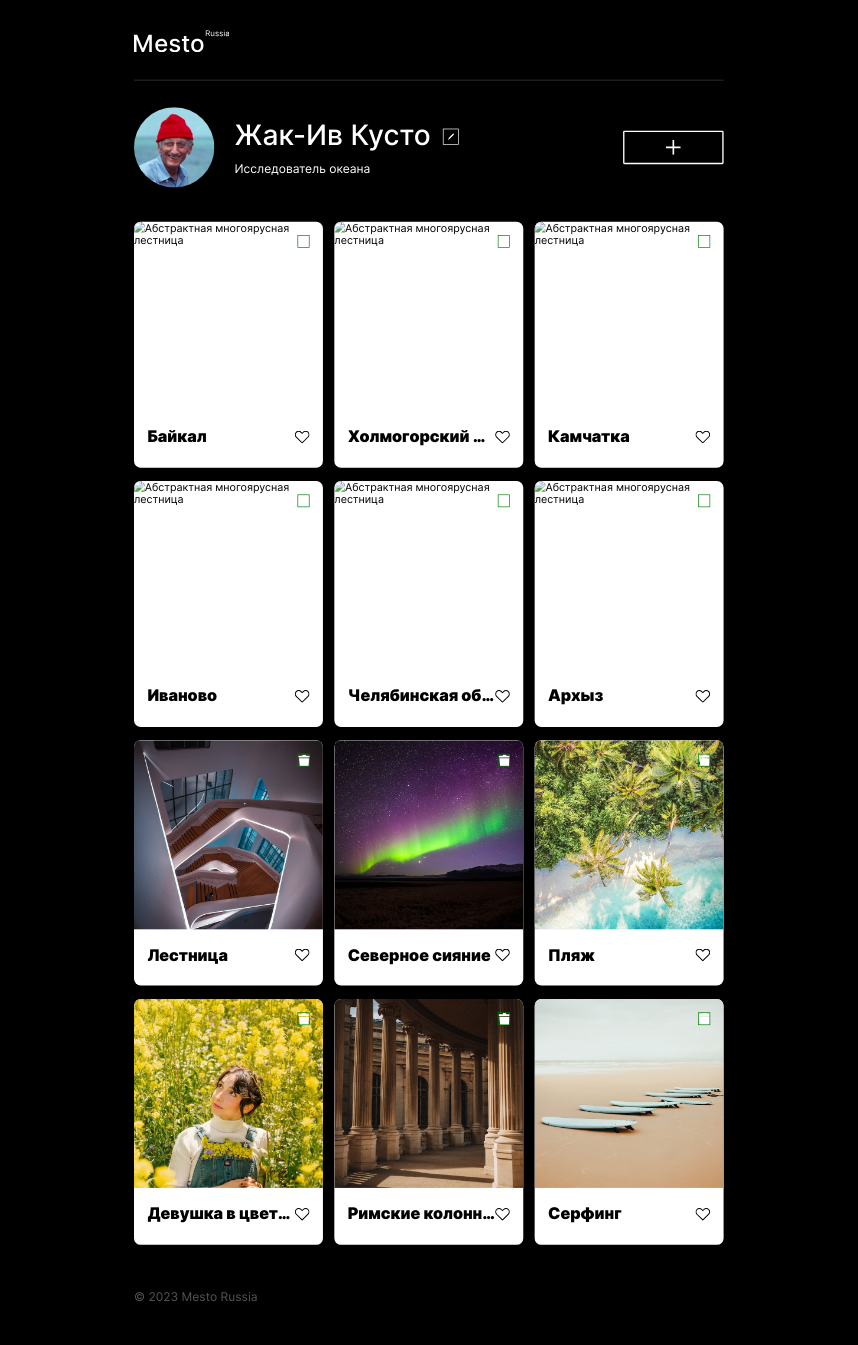
Repository: Dmitry-Rusinov/mesto
Page: index.html
An editor plug-in stored every save of this project. The page is shown before and after the next save, followed by the edit.
The browser window is 1280 px wide. The pictures show the whole page, at 67% of full size.

Above is the page before, as saved 2023-05-12 15:28:50.

### index.html
<!DOCTYPE html>
<html lang="ru">
  <head>
    <meta charset="UTF-8" />
    <meta name="viewport" content="width=device-width, initial-scale=1.0" />
    <link rel="stylesheet" href="./pages/index.css" />
    <title>Третий проект Яндекс.Практикум "Место"</title>
  </head>
  <body class="page">
    <div class="content">
      <header class="header">
        <img
          src="./images/logo.svg"
          alt="Логотип проекта Место.Россия"
          class="header__logo"
        />
      </header>
      <main>
        <section class="profile">
          <img
            src="./images/image.jpg"
            alt="Фотография пользователя"
            class="profile__avatar"
          />
          <div class="profile__info">
            <h1 class="profile__info-title">Жак-Ив Кусто</h1>
            <button
              type="button"
              title="Кнопка редактирования профиля"
              class="profile__edit-button"
            ></button>
            <p class="profile__subtitle">Исследователь океана</p>
          </div>
          <button
            type="button"
            title="Кнопка добавления фото-карточки"
            class="profile__add-button"
          ></button>
        </section>
        <section class="elements">
          <ul class="elements__card">
            <template id="elements__card-content">
              <img
                alt="Абстрактная многоярусная лестница"
                class="elements__picture"
              />
              <button type="button" title="Кнопка удаления карточки" class="elements__button-delete"></button>
              <div class="elements__description">
                <div class="elements__container">
                  <h2 class="elements__title"></h2>
                  <button
                    type="button"
                    title="Кнопка лайка картинки"
                    class="elements__button-like"
                  ></button>
                </div>
              </div>
            </template>
            <li class="elements__card-content">
              <img
                src="./images/andrea-de-santis-Hu1ixxtInvs-unsplash.jpg"
                alt="Абстрактная многоярусная лестница"
                class="elements__picture"
              />
              <button type="button" title="Кнопка удаления карточки" class="elements__button-delete"></button>
              <div class="elements__description">
                <div class="elements__container">
                  <h2 class="elements__title">Лестница</h2>
                  <button
                    type="button"
                    title="Кнопка лайка картинки"
                    class="elements__button-like"
                  ></button>
                </div>
              </div>
            </li>
            <li class="elements__card-content">
              <img
                src="./images/david-becker-pEqvRg-o-PY-unsplash.jpg"
                alt="Северное сияние"
                class="elements__picture"
              />
              <button type="button" title="Кнопка удаления карточки" class="elements__button-delete"></button>
              <div class="elements__description">
                <div class="elements__container">
                  <h2 class="elements__title">Северное сияние</h2>
                  <button
                    type="button"
                    title="Кнопка лайка картинки"
                    class="elements__button-like"
                  ></button>
                </div>
              </div>
            </li>
            <li class="elements__card-content">
              <img
                src="./images/hamdhulla-shakeeb-S98UHzzXq_E-unsplash.jpg"
                alt="Пляж с пальмами и голубой водой"
                class="elements__picture"
              />
              <button type="button" title="Кнопка удаления карточки" class="elements__button-delete"></button>
              <div class="elements__description">
                <div class="elements__container">
                  <h2 class="elements__title">Пляж</h2>
                  <button
                    type="button"
                    title="Кнопка лайка картинки"
                    class="elements__button-like"
                  ></button>
                </div>
              </div>
            </li>
            <li class="elements__card-content">
              <img
                src="./images/josh-hild-znpfVkfxRgk-unsplash.jpg"
                alt="Девушка с удивленным взглядом в поле цветов"
                class="elements__picture"
              />
              <button type="button" title="Кнопка удаления карточки" class="elements__button-delete"></button>
              <div class="elements__description">
                <div class="elements__container">
                  <h2 class="elements__title">Девушка в цветах</h2>
                  <button
                    type="button"
                    title="Кнопка лайка картинки"
                    class="elements__button-like"
                  ></button>
                </div>
              </div>
            </li>
            <li class="elements__card-content">
              <img
                src="./images/mat-5DDrT2ioNuI-unsplash.jpg"
                alt="Римские колонны"
                class="elements__picture"
              />
              <button type="button" title="Кнопка удаления карточки" class="elements__button-delete"></button>
              <div class="elements__description">
                <div class="elements__container">
                  <h2 class="elements__title">Римские колонны</h2>
                  <button
                    type="button"
                    title="Кнопка лайка картинки"
                    class="elements__button-like"
                  ></button>
                </div>
              </div>
            </li>
            <li class="elements__card-content">
              <img
                src="./images/shana-van-roosbroek-nkS1Y4KsEAw-unsplash.jpg"
                alt="Доски для серфинга на пляже"
                class="elements__picture"
              />
              <button type="button" title="Кнопка удаления карточки" class="elements__button-delete"></button>
              <div class="elements__description">
                <div class="elements__container">
                  <h2 class="elements__title">Серфинг</h2>
                  <button
                    type="button"
                    title="Кнопка лайка картинки"
                    class="elements__button-like"
                  ></button>
                </div>
              </div>
            </li>
          </ul>
        </section>
      </main>
      <footer class="footer">
        <p class="footer__text">© 2023 Mesto Russia</p>
      </footer>
    </div>
    <div class="popup">
      <div class="popup__container">
        <button
          type="button"
          class="popup__closed"
          title="Кнопка закрытия формы"
        ></button>
        <h2 class="popup__title">Редактировать профиль</h2>
        <form name="form" class="popup__form">
          <fieldset class="popup__content">
            <input
              class="popup__input popup__input_user_name"
              type="text"
              id="user-name"
              placeholder="Как вас зовут?"
              minlength="1"
              maxlength="200"
              name="name"
            />
            <input
              class="popup__input popup__input_user_job"
              type="text"
              id="description"
              placeholder="Дополнитерьная информация"
              minlength="1"
              maxlength="400"
              name="job"
            />
          </fieldset>
          <button type="submit" class="popup__submit" value="eddit">
            Сохранить
          </button>
        </form>
      </div>
    </div>
    <script src="./scripts/index.js"></script>
  </body>
</html>

### pages/index.css
@import url(../vendor/normalize.css);
@import url(../vendor/fonts.css);
@import url(../blocks/page/page.css);
@import url(../blocks/content/content.css);

/*header*/
@import url(../blocks/header/header.css);
@import url(../blocks/header/__logo/header__logo.css);

/*profile*/
@import url(../blocks/profile/profile.css);
@import url(../blocks/profile/__add-button/profile__add-button.css);
@import url(../blocks/profile/__avatar/profile__avatar.css);
@import url(../blocks/profile/__edit-button/profile__edit-button.css);
@import url(../blocks/profile/__info/profile__info.css);
@import url(../blocks/profile/__info-title/profile__info-title.css);
@import url(../blocks/profile/__subtitle/profile__subtitle.css);

/*elements*/
@import url(../blocks/elements/elements.css);
@import url(../blocks/elements/__card/elements__card.css);
@import url(../blocks/elements/__button-like/elements__button-like.css);
@import url(../blocks/elements/__card-content/elements__card-content.css);
@import url(../blocks/elements/__container/elements__container.css);
@import url(../blocks/elements/__picture/elements__picture.css);
@import url(../blocks/elements/__title/elements__title.css);
@import url(../blocks/elements/__button-delete/elements__button-delete.css);

/*footer*/
@import url(../blocks/footer/footer.css);
@import url(../blocks/footer/__text/footer__text.css);

/*popup*/
@import url(../blocks/popup/popup.css);
@import url(../blocks/popup/__title/popup__title.css);
@import url(../blocks/popup/__submit/popup__submit.css);
@import url(../blocks/popup/_opened/popup_opened.css);
@import url(../blocks/popup/__input/popup__input.css);
@import url(../blocks/popup/__form/popup__form.css);
@import url(../blocks/popup/__content/popup__content.css);
@import url(../blocks/popup/__container/popup__container.css);
@import url(../blocks/popup/__closed/popup__closed.css);

### vendor/fonts.css
@font-face {
  font-family: 'Inter';
  font-style:  normal;
  font-weight: 400;
  font-display: swap;
  src: url("Inter-Regular.woff2?v=3.19") format("woff2"),
       url("Inter-Regular.woff?v=3.19") format("woff");
}
@font-face {
  font-family: 'Inter';
  font-style:  normal;
  font-weight: 500;
  font-display: swap;
  src: url("Inter-Medium.woff2?v=3.19") format("woff2"),
       url("Inter-Medium.woff?v=3.19") format("woff");
}
@font-face {
  font-family: 'Inter';
  font-style:  normal;
  font-weight: 900;
  font-display: swap;
  src: url("Inter-Black.woff2?v=3.19") format("woff2"),
       url("Inter-Black.woff?v=3.19") format("woff");
}

### blocks/page/page.css
.page {
  font-family: "Inter", Helvetica, Arial, sans-serif;
  background-color: #000000;
  -webkit-text-size-adjust: 100%;
  -ms-text-size-adjust: 100%;
  -moz-text-size-adjust: 100%;
  -webkit-font-smoothing: antialiased;
  -moz-osx-font-smoothing: grayscale;
  text-rendering: optimizeLegibility;
  margin: 0 auto;
  width: 100%;
}

### blocks/content/content.css
.content {
  max-width: calc(1280px - 2 * 200px);
  width: calc(100% - 2 * 200px);
  margin: 45px auto 60px;
  position: relative;
}

@media screen and (max-width: 1279px) {
  .content {
    max-width: calc(1279px - 2 * 15.6%);
    width: calc(100% - 2 * 15.6%);
  }
}

@media screen and (max-width: 768px) {
  .content {
    max-width: calc(768px - 2 * 6%);
    width: calc(100% - 2 * 6%);
    margin: 28px auto 36px;
  }
}

@media screen and (max-width: 320px) {
  .content {
    width: 100%;
  }
}

### blocks/header/header.css
.header {
  display: flex;
  flex-direction: column;
  justify-content: space-between;
  margin: 0;
  border-bottom: 1px solid rgba(84, 84, 84, 0.7);
}

### blocks/header/__logo/header__logo.css
.header__logo {
  object-fit: contain;
  margin-bottom: 41px;
  max-width: 142px;
}

@media screen and (max-width: 320px) {
  .header__logo {
    max-width: 103.74px;
    margin-bottom: 31.6px;
    margin-left: 27px;
  }
}

### blocks/profile/profile.css
.profile {
  display: flex;
  width: 100%;
  margin: 40px auto 0;
  align-items: center;
}
@media screen and (max-width: 980px) {
  .profile {
    flex-direction: column;
  }
}

### blocks/profile/__add-button/profile__add-button.css
.profile__add-button {
  background-image: url(../../../images/addBottonPlus.svg);
  width: 150px;
  height: 50px;
  background-repeat: no-repeat;
  background-position: center;
  background-color: transparent;
  border: 2px solid #ffffff;
  border-radius: 2px;
  box-sizing: border-box;
  cursor: pointer;
  align-self: center;
  margin-left: auto;
  transition: opacity 0.6s;
}

.profile__add-button:hover {
  opacity: 0.6;
}

@media screen and (max-width: 980px) {
  .profile__add-button {
    margin: auto;
    width: 330px;
  }
}

@media screen and (max-width: 425px) {
  .profile__add-button {
    width: 234px;
  }
}

@media screen and (max-width: 320px) {
  .profile__add-button {
    max-width: calc(320px - 2 * 19px);
    width: calc(100% - 2 * 19px);
    background-size: 16px;
  }
}

### blocks/profile/__avatar/profile__avatar.css
.profile__avatar {
  object-fit: cover;
  border-radius: 50%;
  width: 120px;
  height: 120px;
  margin-right: 30px;
  padding: 0;
}

@media screen and (max-width: 980px) {
  .profile__avatar {
    margin: 0 auto 26px;
  }
}

### blocks/profile/__edit-button/profile__edit-button.css
.profile__edit-button {
  border: 1px solid #ffffff;
  background-image: url(../../../images/edit-button.svg);
  height: 24px;
  width: 24px;
  background-color: transparent;
  background-position: center;
  cursor: pointer;
  transition: opacity 0.6s;
  box-sizing: border-box;
  padding: 0;
  background-repeat: no-repeat;
}

.profile__edit-button:hover {
  opacity: 0.6;
}

@media screen and (max-width: 425px) {
  .profile__edit-button {
    height: 18px;
    width: 18px;
    background-size: 8px;
  }
}

### blocks/profile/__info/profile__info.css
.profile__info {
  display: grid;
  grid-template-columns: 1fr 24px;
  column-gap: 18px;
  row-gap: 16px;
  align-items: baseline;
  box-sizing: border-box;
  max-width: 336px;
}

@media screen and (max-width: 980px) {
  .profile__info {
    margin: 0 auto 36px;
  }
}

@media screen and (max-width: 425px) {
  .profile__info {
    grid-template-columns: 1fr 18px;
    column-gap: 14px;
    row-gap: 10px;
  }
}

### blocks/profile/__info-title/profile__info-title.css
.profile__info-title {
  color: white;
  font-style: normal;
  font-weight: 500;
  font-size: 42px;
  line-height: 48px;
  margin: 0;
  padding: 0;
  text-overflow: ellipsis;
  white-space: nowrap;
  overflow: hidden;
  vertical-align: baseline;
}

@media screen and (max-width: 980px) {
  .profile__info-title {
    text-align: center;
  }
}

@media screen and (max-width: 425px) {
  .profile__info-title {
    font-size: 27px;
    line-height: 33px;
  }
}

### blocks/profile/__subtitle/profile__subtitle.css
.profile__subtitle {
  font-style: normal;
  font-weight: 400;
  font-size: 18px;
  line-height: 1.22;
  margin: 0;
  padding: 0;
  color: #ffffff;
  text-overflow: ellipsis;
  white-space: nowrap;
  overflow: hidden;
}

@media screen and (max-width: 980px) {
  .profile__subtitle {
    text-align: center;
    grid-column: 1 / 3;
  }
}

@media screen and (max-width: 425px) {
  .profile__subtitle {
    font-size: 14px;
    line-height: 17px;
  }
}

### blocks/elements/elements.css
.elements {
  margin: 51px auto 0;
}

@media screen and (max-width: 425px) {
  .elements {
    margin: 36px auto 0;
  }
}

### blocks/elements/__card/elements__card.css
.elements__card {
  list-style: none;
  display: grid;
  grid-template-columns: repeat(3, 1fr);
  column-gap: 17px;
  row-gap: 20px;
  margin: 0;
  padding: 0;
}

@media screen and (max-width: 1279px) {
  .elements__card {
    grid-template-columns: repeat(2, 1fr);
    max-width: max-content;
    margin: 0 auto;
  }
}

@media screen and (max-width: 980px) {
  .elements__card {
    grid-template-columns: 1fr;
  }
}

### blocks/elements/__button-like/elements__button-like.css
.elements__button-like {
  background-image: url(../../../images/botton-like.svg);
  width: 22px;
  height: 19px;
  border: 0;
  background-color: transparent;
  cursor: pointer;
  transition: opacity 0.6s;
}

.elements__button-like:hover {
  opacity: 0.5;
}

.elements__button-like:active {
  background-image: url(../../../images/button-like-active.svg);
  opacity: 1;
}

### blocks/elements/__card-content/elements__card-content.css
.elements__card-content {
  display: flex;
  position: relative;
  flex-direction: column;
  border-radius: 10px;
  margin: 0;
  padding: 0;
  overflow: hidden;
  background: #FFFFFF;
}

### blocks/elements/__container/elements__container.css
.elements__container {
  display: flex;
  justify-content: space-between;
  margin: 25px 20px 31px;
  align-items: center;
}

### blocks/elements/__picture/elements__picture.css
.elements__picture {
  height: 282px;
  width: 100%;
  object-fit: cover;
}

### blocks/elements/__title/elements__title.css
.elements__title {
  font-style: normal;
  font-weight: 900;
  font-size: 1.5em;
  line-height: 1.2;
  margin: 0;
  padding: 0;
  max-width: 220px;
  text-overflow: ellipsis;
  white-space: nowrap;
  overflow: hidden;
}

### blocks/elements/__button-delete/elements__button-delete.css
.elements__button-delete {
  position: absolute;
  background-image: url(../../../images/deleteCard-basket.svg);
  cursor: pointer;
  top: 20px;
  right: 20px;
  width: 18px;
  height: 19px;
  border: 1px solid green;
  background-color: transparent;
  background-repeat: no-repeat;
  transition: opacity 0.6s;
}

.elements__button-delete:hover {
  opacity: 0.6;
}

### blocks/footer/footer.css
.footer {
  max-width: 318px;
  margin-top: 67px;
  margin-right: auto;
}

@media screen and (max-width: 425px) {
  .footer {
    margin-top: 48px;
  }
}

### blocks/footer/__text/footer__text.css
.footer__text {
  font-style: normal;
  font-weight: 400;
  font-size: 18px;
  line-height: 22px;
  color: #545454;
  margin: 0;
  padding: 0;
}

@media screen and (max-width: 320px) {
  .footer__text {
    font-size: 14px;
    line-height: 17px;
    margin: 0 19px;
  }
}

### blocks/popup/popup.css
.popup {
  position: fixed;
  top: 0;
  left: 0;
  z-index: 5;
  width: 100%;
  height: 100%;
  display: none;
  background-color: rgba(0, 0, 0, 0.5);
  justify-content: center;
  align-items: center;
}

### blocks/popup/__title/popup__title.css
.popup__title {
  font-style: normal;
  font-weight: 900;
  font-size: 24px;
  line-height: 29px;
  margin: 0;
  padding: 0;
}

@media screen and (max-width: 768px) {
  .popup__title {
    font-size: 18px;
    line-height: 22px;
  }
}

### blocks/popup/__submit/popup__submit.css
.popup__submit {
  margin: 0;
  padding-top: 14px;
  padding-bottom: 14px;
  border-radius: 2px;
  background-color: #000000;
  color: #fff;
  width: 100%;
  font-style: normal;
  font-weight: 400;
  font-size: 18px;
  line-height: 22px;
  text-align: center;
  border: none;
  transition: .6s ease;
  cursor: pointer;
}

.popup__submit:hover {
  background-color: rgba(0, 0, 0, .8);
}

@media screen and (max-width: 768px) {
  .popup__submit {
    margin: 28px 0 0;
    font-size: 14px;
    line-height: 17px;
  }
}

### blocks/popup/__input/popup__input.css
.popup__input {
  border: none;
  border-bottom: 1px solid rgba(0, 0, 0, 0.2);
  padding: 13px 0 10px;
  margin: 0 0 17px;
  width: 100%;
  font-style: normal;
  font-weight: 400;
  font-size: 14px;
  line-height: 17px;
}

### blocks/popup/__form/popup__form.css
.popup__form {
  display: flex;
  flex-direction: column;
  box-sizing: border-box;
  margin-top: 35px;
}

@media screen and (max-width: 768px) {
  .popup__form {
    margin-top: 62px;
  }
}

### blocks/popup/__content/popup__content.css
.popup__content {
  padding: 0;
  margin: 0 0 31px;
  border: none;
  flex-direction: column;
}
@media screen and (max-width: 768px) {
  .popup__content {
    margin: 0;
  }
}

### blocks/popup/__container/popup__container.css
.popup__container {
  border-radius: 10px;
  background: #fff;
  width: 358px;
  position: relative;
  box-shadow: 0px 0px 25px rgba(0, 0, 0, 0.15);
  flex-direction: column;
  z-index: 5;
  padding: 34px 36px 37px;
}

@media screen and (max-width: 768px) {
  .popup__container {
    width: 238px;
    padding: 25px 22px;
  }
}

### blocks/popup/__closed/popup__closed.css
.popup__closed {
  position: absolute;
  top: -40px;
  right: -40px;
  transition: opacity 0.6s;
  cursor: pointer;
  background-image: url(../../../images/close-icon.svg);
  height: 32px;
  width: 32px;
  background-color: transparent;
  border: none;
}

.popup__closed:hover {
  opacity: 0.6;
}

@media screen and (max-width: 768px) {
  .popup__closed {
    top: -36px;
    right: 0;
    background-image: url(../../../images/close-icon-mini.svg);
    height: 20px;
    width: 20px;
  }
}

### scripts/index.js
const buttonPopupOpen = document.querySelector('.profile__edit-button');
const popup = document.querySelector('.popup');
const buttonPopupClosed = document.querySelector('.popup__closed');
let formElement = document.querySelector('.popup__form');
let nameInput = document.querySelector('.popup__input_user_name');
let jobInput = document.querySelector('.popup__input_user_job');
let newNameInput = document.querySelector('.profile__info-title');
let newJobInput = document.querySelector('.profile__subtitle');

const togglePopupState = (popupToToggle) => popupToToggle.classList.toggle('popup_opened');

buttonPopupOpen.addEventListener('click', () => {
  togglePopupState(popup);
  nameInput.value = newNameInput.textContent;
  jobInput.value = newJobInput.textContent;
});

buttonPopupClosed.addEventListener('click', () => togglePopupState(popup));
/*popup.addEventListener('click', (evt) => {
  if (evt.target === evt.currentTarget) {
    togglePopupState(popup)
  }
})*/

function handleFormSubmit (evt) {
    evt.preventDefault();
    newNameInput.textContent = nameInput.value;
    newJobInput.textContent = jobInput.value;
    togglePopupState(popup);
}
// Прикрепляем обработчик к форме:
// он будет следить за событием “submit” - «отправка»
formElement.addEventListener('submit', handleFormSubmit);

const elementsCard = document.querySelector('.elements__card');
const elementsCardContent = document.querySelector('#elements__card-content').content;
//const elementsPicture = document.querySelector('.elements__picture');
//const elementsTitle = document.querySelector('.elements__title');


const initialCards = [
  {
    name: 'Архыз',
    link: 'https://pictures.s3.yandex.net/frontend-developer/cards-compressed/arkhyz.jpg'
  },
  {
    name: 'Челябинская область',
    link: 'https://pictures.s3.yandex.net/frontend-developer/cards-compressed/chelyabinsk-oblast.jpg'
  },
  {
    name: 'Иваново',
    link: 'https://pictures.s3.yandex.net/frontend-developer/cards-compressed/ivanovo.jpg'
  },
  {
    name: 'Камчатка',
    link: 'https://pictures.s3.yandex.net/frontend-developer/cards-compressed/kamchatka.jpg'
  },
  {
    name: 'Холмогорский район',
    link: 'https://pictures.s3.yandex.net/frontend-developer/cards-compressed/kholmogorsky-rayon.jpg'
  },
  {
    name: 'Байкал',
    link: 'https://pictures.s3.yandex.net/frontend-developer/cards-compressed/baikal.jpg'
  }
];

const elementsInfo = initialCards.map((item) => {
  return {
    name: item.name,
    link: item.link
  };
});

function createCard({name, link}) {
  const changedElements = elementsCard.querySelector('.elements__card-content').cloneNode(true);
  changedElements.querySelector('.elements__title').textContent = name;
  changedElements.querySelector('.elements__picture').src = link;
  elementsCard.prepend(changedElements);
}

function create() {
  elementsInfo.forEach(createCard);
}

create();

Loaded but not shown: vendor/normalize.css (library); blocks/popup/_opened/popup_opened.css (common file)

After the next save:
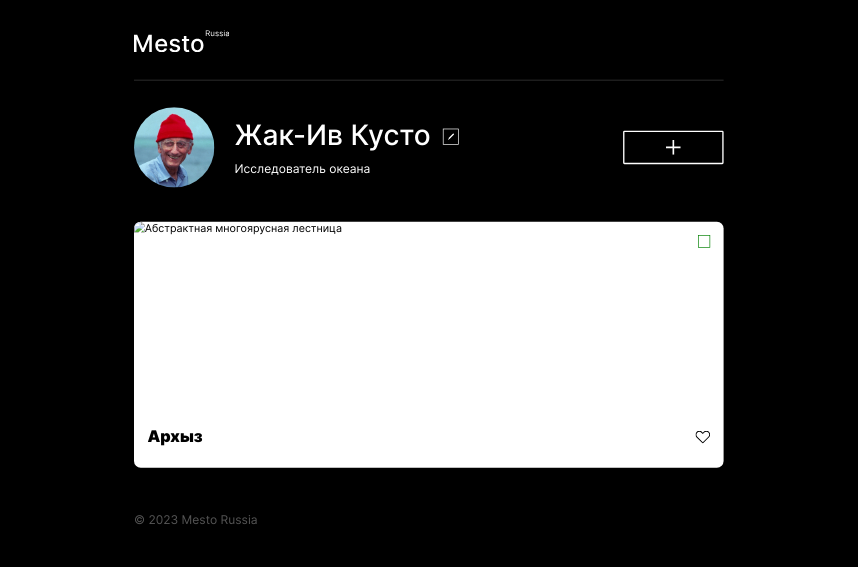
Saved 27 s later.
--- a/scripts/index.js
+++ b/scripts/index.js
@@ -76,7 +76,7 @@ function createCard({name, link}) {
   const changedElements = elementsCard.querySelector('.elements__card-content').cloneNode(true);
   changedElements.querySelector('.elements__title').textContent = name;
   changedElements.querySelector('.elements__picture').src = link;
-  elementsCard.prepend(changedElements);
+  elementsCard.replaceWith(changedElements);
 }
 
 function create() {
